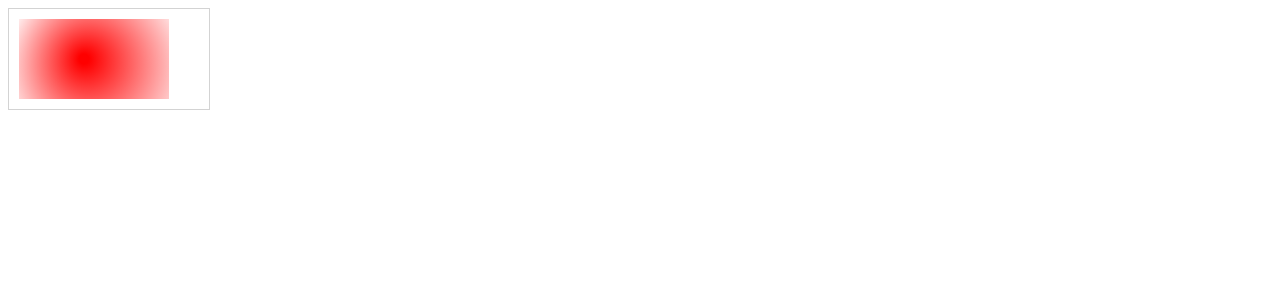
Repository: SonPhamThe/C0622G1-PhamTheSon
Page: ss1-sudungthehtmlcoban/baitap.html
The author's editor kept a copy of each file at every save. The page is drawn from the files as they stood at one save, then again after the next save.
The browser window is 1280 px wide. The pictures show the whole page.

Above is the page before, as saved 2022-07-19 09:03:56.

After the next save:
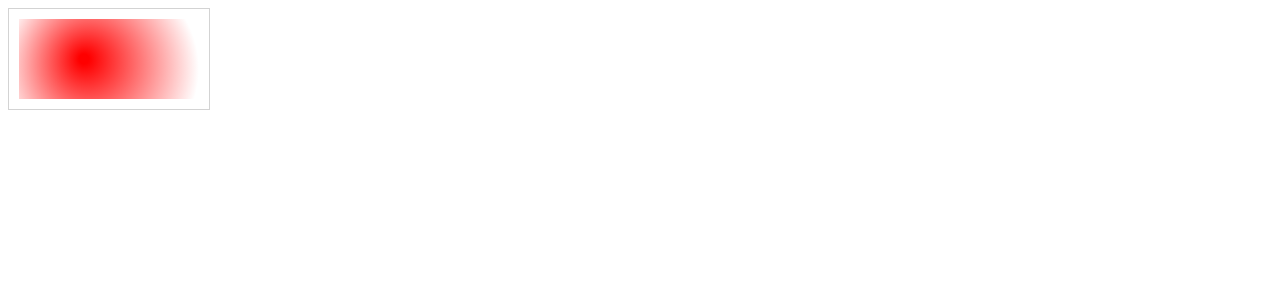
Saved 2 min 1 s later.
--- a/ss1-sudungthehtmlcoban/baitap.html
+++ b/ss1-sudungthehtmlcoban/baitap.html
@@ -19,7 +19,7 @@
       grd.addColorStop(0, "red");
       grd.addColorStop(1, "white"); // Fill with gradient
       ctx.fillStyle = grd;
-      ctx.fillRect(10, 10, 150, 80);
+      ctx.fillRect(10, 10, 250, 80);
     </script>
   </body>
 </html>
